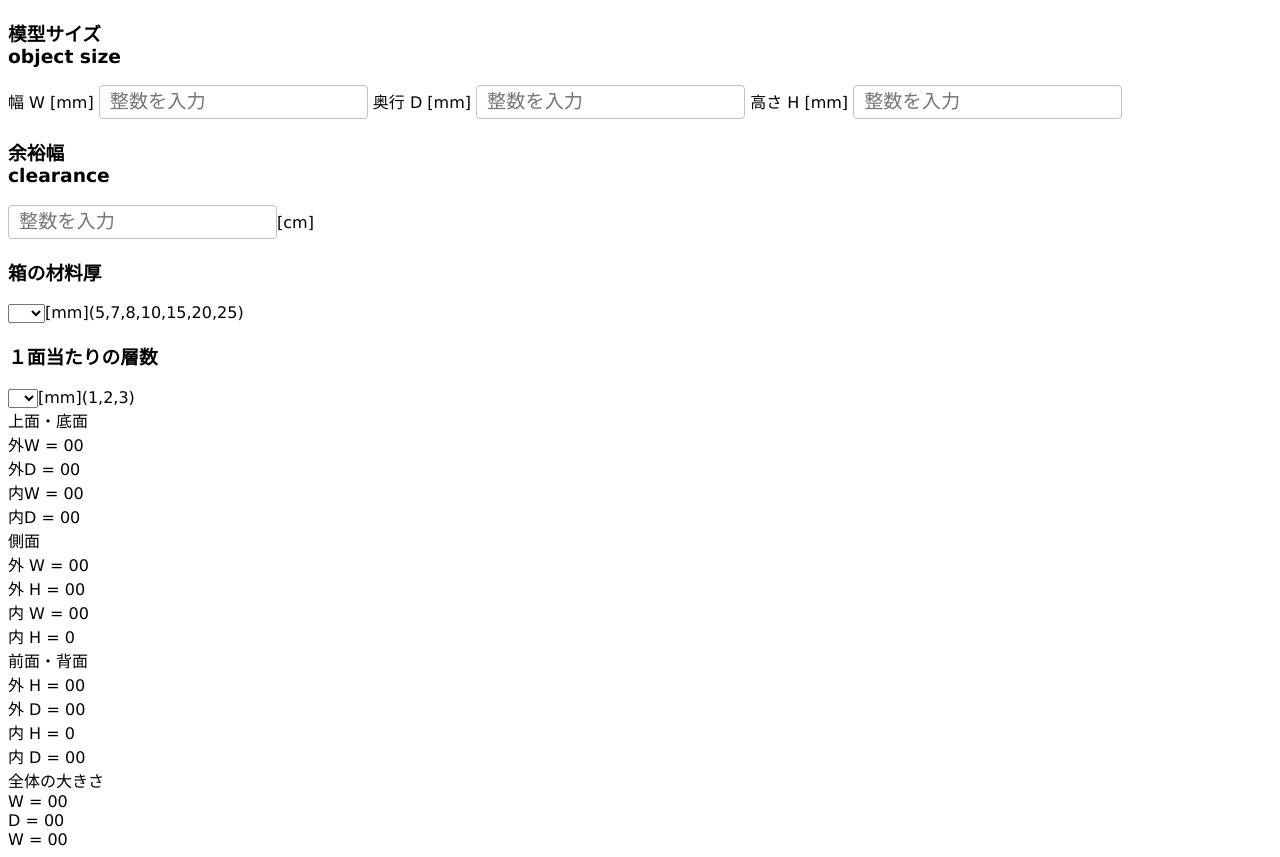
Repository: kiyo6318/project00
Page: index.html
The author's editor kept a copy of each file at every save. The page is drawn from the files as they stood at one save, then again after the next save.
The browser window is 1280 px wide. The pictures show the whole page.

Above is the page before, as saved 2020-08-16 16:23:00.

### index.html
<!DOCTYPE html>
<html lang="ja">
<head>
    <meta charset="UTF-8">
    <meta name="viewport" content="width=device-width, initial-scale=1.0">
    <title>project00</title>
    <script src="https://cdn.jsdelivr.net/npm/vue/dist/vue.js"></script>
    <script src="https://cdn.jsdelivr.net/npm/vee-validate@latest/dist/vee-validate.js"></script>
    <script src="https://unpkg.com/vee-validate@latest"></script>
    <link rel="stylesheet" href="css/style.css">
</head>
<body>
  <div id="app">
    <form>
      <h3>模型サイズ<br>object size</h3>
      <span>幅 W [mm]</span>
      <input v-model.number="width" type="number" placeholder="整数を入力" min="0">
      <span>奥行 D [mm]</span>
      <input v-model.number="depth" type="number" placeholder="整数を入力" min="0">
      <span>高さ H [mm]</span>
      <input v-model.number="height" type="number" placeholder="整数を入力" min="0">
      <h3>余裕幅<br>clearance</h3>
      <input v-model.number="clearance" type="number" placeholder="整数を入力" step="0.5" min="0">[cm]
      <h3>箱の材料厚</h3>
      <select v-model.number="materialThickness">
        <option value="5">5</option>
        <option value="7">7</option>
        <option value="8">8</option>
        <option value="10">10</option>
        <option value="15">15</option>
        <option value="20">20</option>
        <option value="25">25</option>
      </select>[mm](5,7,8,10,15,20,25)
      <h3>１面当たりの層数</h3>
      <select v-model.number="numberOfLayerBySurface">
        <option value="1">1</option>
        <option value="2">2</option>
        <option value="3">3</option>
      </select>[mm](1,2,3)
      <div>
        上面・底面
        <br>外W = {{ topBottomOutWidth }}
        <br>外D = {{ topBottomOutDepth }}
        <br>内W = {{ topBottomInWidth }}
        <br>内D = {{ topBottomInDepth }}
      </div>
      <div>
        側面
        <br>外 W = {{ sideOutWidth }}
        <br>外 H = {{ sideOutHeight }}
        <br>内 W = {{ sideInWidth }}
        <br>内 H = {{ sideInHeight }}
      </div>
      <div>
        前面・背面
        <br>外 H = {{ frontBackOutHeight }}
        <br>外 D = {{ frontBackOutDepth }}
        <br>内 H = {{ frontBackInHeight }}
        <br>内 D = {{ frontBackInDepth }}
      </div>
      <div>
        全体の大きさ
        <br>W = {{widthOverallSize}}
        <br>D = {{depthOverallSize}}
        <br>W = {{heightOverallSize}}
      </div>
    </form>
    </div>
  <script src="js/index.js"></script>
</body>
</html>

### css/style.css
body {
    font-family: Verdana, Geneva, "sans-serif";
}

input {
    border: 1px solid silver;
    border-radius: 4px;
    background: white;
    padding: 5px 10px;
    font-size: 1.2em;
}

### js/index.js
new Vue({
    el: '#app',
    data: {
        width: "",
        height: "",
        depth: "",
        clearance: "",
        materialThickness: "",
        numberOfLayerBySurface: ""
    },
    computed: {
        topBottomOutWidth: function (){
            return this.width + ( this.clearance * 2 * 10 ) + ( this.materialThickness * 4 )
        },
        topBottomOutDepth: function (){
            return this.depth + ( this.clearance * 2 * 10 ) + ( this.materialThickness * 4 )
        },
        topBottomInWidth: function (){
            return this.width + ( this.clearance * 2 * 10) + ( this.materialThickness * 2)
        },
        topBottomInDepth: function (){
            return this.depth + ( this.clearance * 2 * 10) + ( this.materialThickness * 2)
        },
        sideOutWidth: function (){
            return this.width + ( this.clearance * 2 * 10) + ( this.materialThickness * 4)
        },
        sideOutHeight: function (){
            return this.height + (this.clearance * 10) + ( this.materialThickness * 2)
        },
        sideInWidth: function (){
            return this.width + ( this.clearance * 2 * 10) + ( this.materialThickness * 2)
        },
        sideInHeight: function (){
            return this.height + (this.clearance * 10)
        },
        frontBackOutHeight: function (){
            return this.height + (this.clearance * 10) + ( this.materialThickness * 2)
        },
        frontBackOutDepth: function (){
            return this.depth + ( this.clearance * 2 * 10) + ( this.materialThickness * 2)
        },
        frontBackInHeight: function (){
            return this.height + (this.clearance * 10)
        },
        frontBackInDepth: function (){
            return this.depth + (this.clearance * 10) + ( this.materialThickness * 2)
        },
        widthOverallSize: function(){
            return this.width + (this.clearance * 10 * 2) + (this.materialThickness * this.numberOfLayerBySurface * 2)
        },
        depthOverallSize: function(){
            return this.depth + (this.clearance * 10 * 2) + (this.materialThickness * this.numberOfLayerBySurface * 2)
        },
        heightOverallSize: function(){
            return this.height + (this.clearance * 10) + (this.materialThickness * this.numberOfLayerBySurface * 2)
        },
        editWidthOverallSize: function(){
            return this.widthOverallSize
        }
    }
});

After the next save:
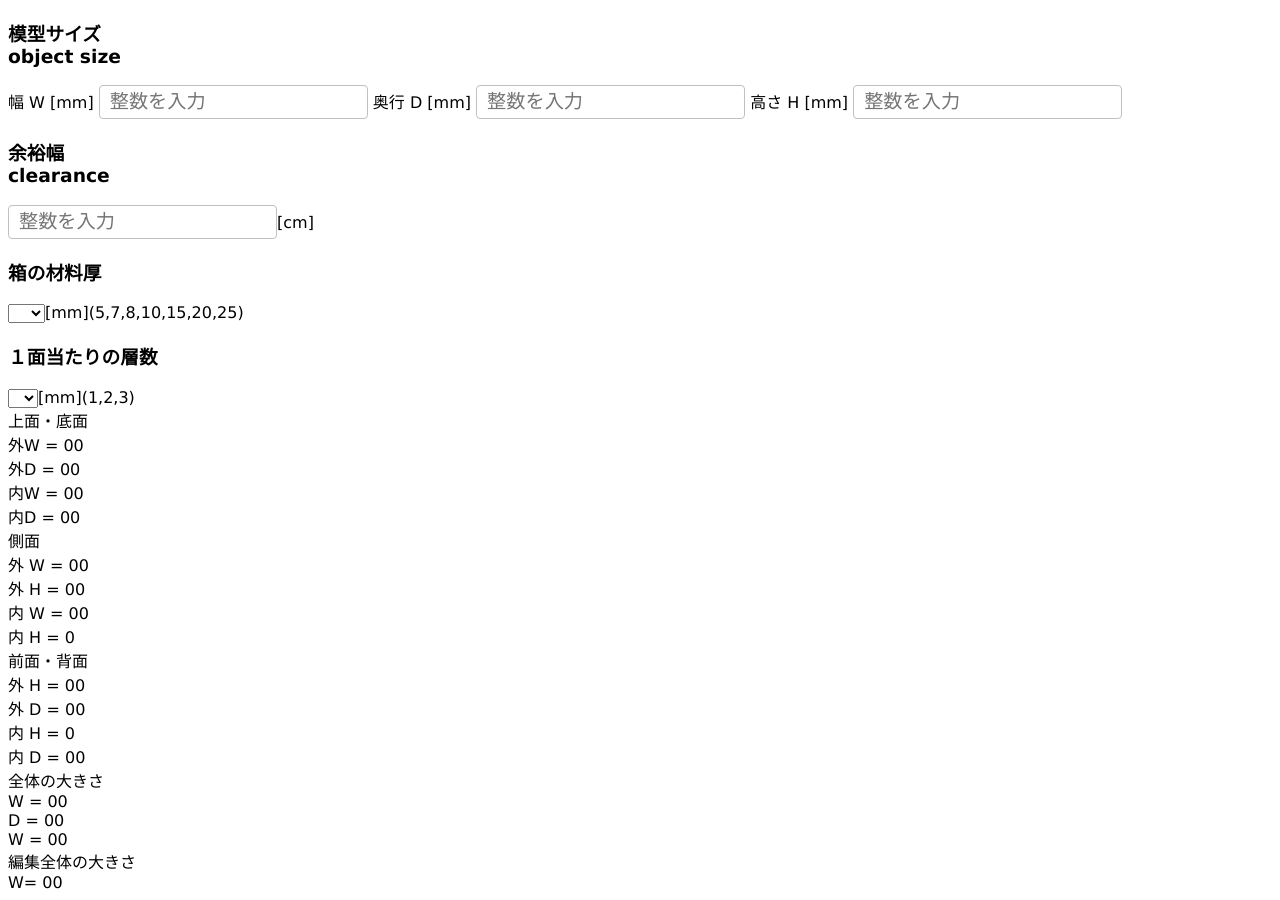
Saved 27 s later.
--- a/index.html
+++ b/index.html
@@ -64,6 +64,10 @@
         <br>D = {{depthOverallSize}}
         <br>W = {{heightOverallSize}}
       </div>
+      <div>
+        編集全体の大きさ
+        <br>W= {{editWidthOverallSize}}
+      </div>
     </form>
     </div>
   <script src="js/index.js"></script>
